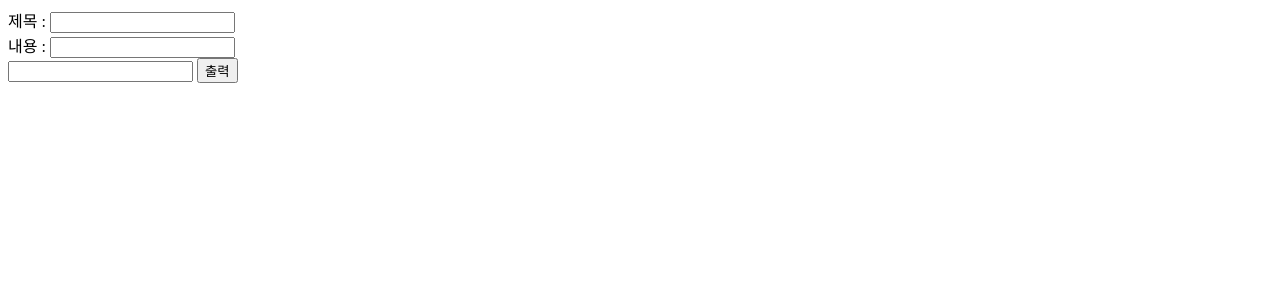
Repository: Hyun0000/JDBC_Jsp_Servelt_Newlec
Page: JSPProject/WebContent/reg.html
An editor plug-in stored every save of this project. The page is shown before and after the next save, followed by the edit.
The browser window is 1280 px wide. The pictures show the whole page.

Above is the page before, as saved 2021-08-28 07:09:33.

### JSPProject/WebContent/reg.html
<!DOCTYPE html>
<html>
<head>
<meta charset="UTF-8">
<title>Insert title here</title>
</head>
<body>
	<div>
		<form action="notice-reg">
			<div>
				<label>제목 : </label> <input type="text" name=/>
			</div>
			<div>
				<label>내용 : </label>
				<input type="text" name=/>
				<!--내용은 여러줄을 입력 받을 수도 있기에 한 줄만 입력 받을 수 있는 input이 아니라
				textarea를 이용한다.
				-->
			</div>


			<div>
				<input type="text" name="loopTime"/>
				<!--사용자가 입력한 값을 어떻게 Mapping 시켰는가?-->
				<!--name이라는 속성이 사용자로부터 입력되는 값을 실어나르는 키워드(loopTime)를 지정한다. -->
				<input type="submit" value="출력"/>
				<!--"submit" : 전달(요청) 담당
				submit버튼을 누르면 요청이 위의 action에서 지정한 hi로 가게된다.
				-->
			</div>
		</form>
	</div>
</body>
</html>

After the next save:
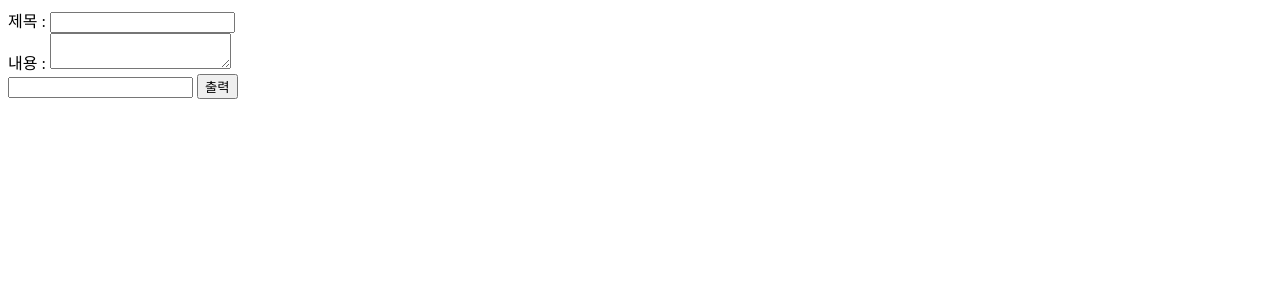
Saved 27 s later.
--- a/JSPProject/WebContent/reg.html
+++ b/JSPProject/WebContent/reg.html
@@ -12,7 +12,7 @@
 			</div>
 			<div>
 				<label>내용 : </label>
-				<input type="text" name=/>
+				<textarea rows="" cols=""></textarea>
 				<!--내용은 여러줄을 입력 받을 수도 있기에 한 줄만 입력 받을 수 있는 input이 아니라
 				textarea를 이용한다.
 				-->
